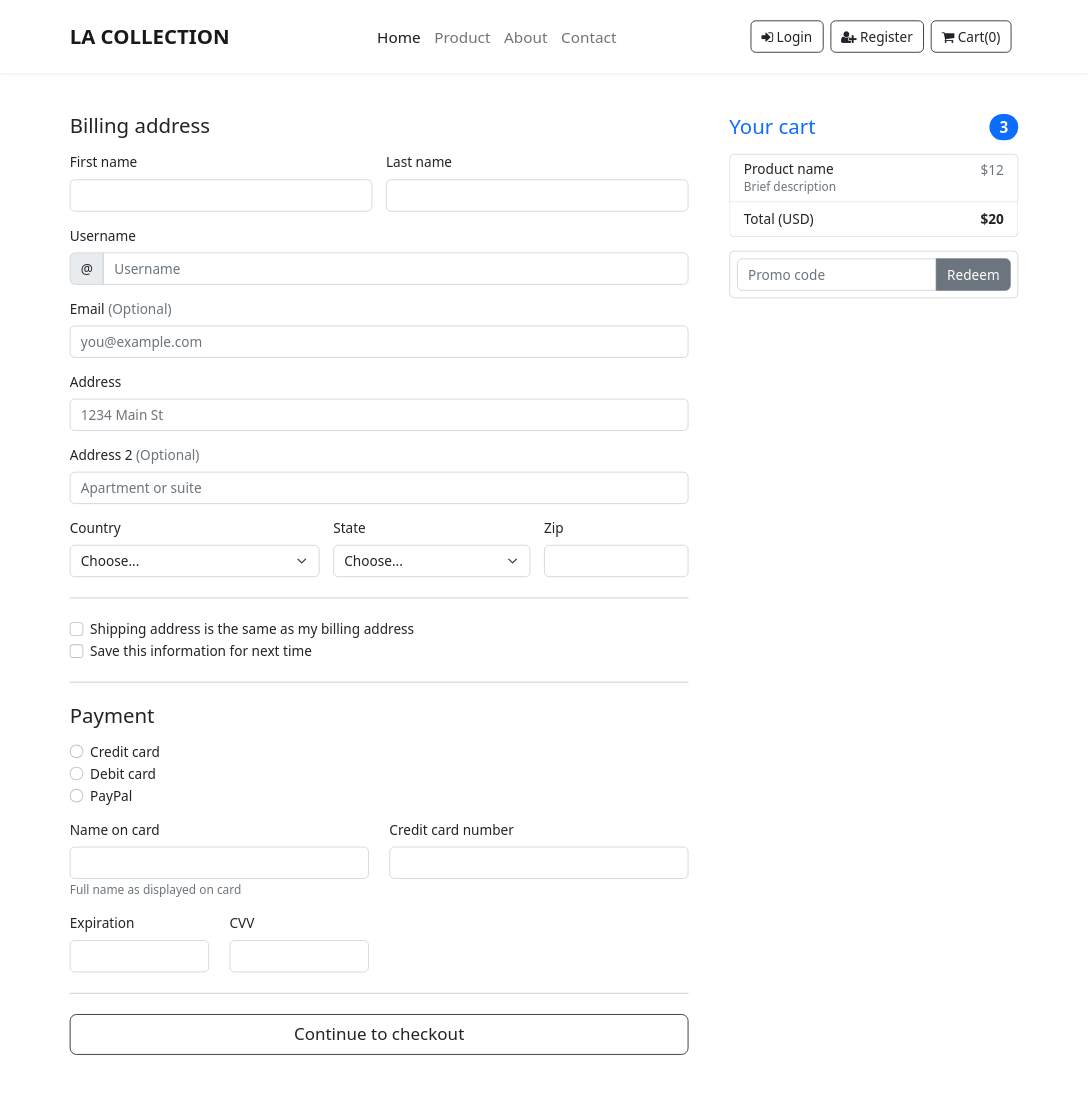
Repository: tiendungjr123/Ecommerce
Page: /checkout
An editor plug-in stored every save of this project. The page is shown before and after the next save, followed by the edit.
The browser window is 1280 px wide. The pictures show the whole page, at 85% of full size.
The project was rebuilt for these pictures with package versions that can differ from the ones it lists, and the page was loaded fresh each time. Also part of the build but not shown: src/components/Products.jsx, src/components/Home.jsx, src/redux/action/index.js, src/components/ProductDetail.jsx, src/components/About.jsx, src/components/Contact.jsx, src/components/Cart.jsx.

Above is the page before, as saved 2022-10-04 12:10:48.

After the next save:
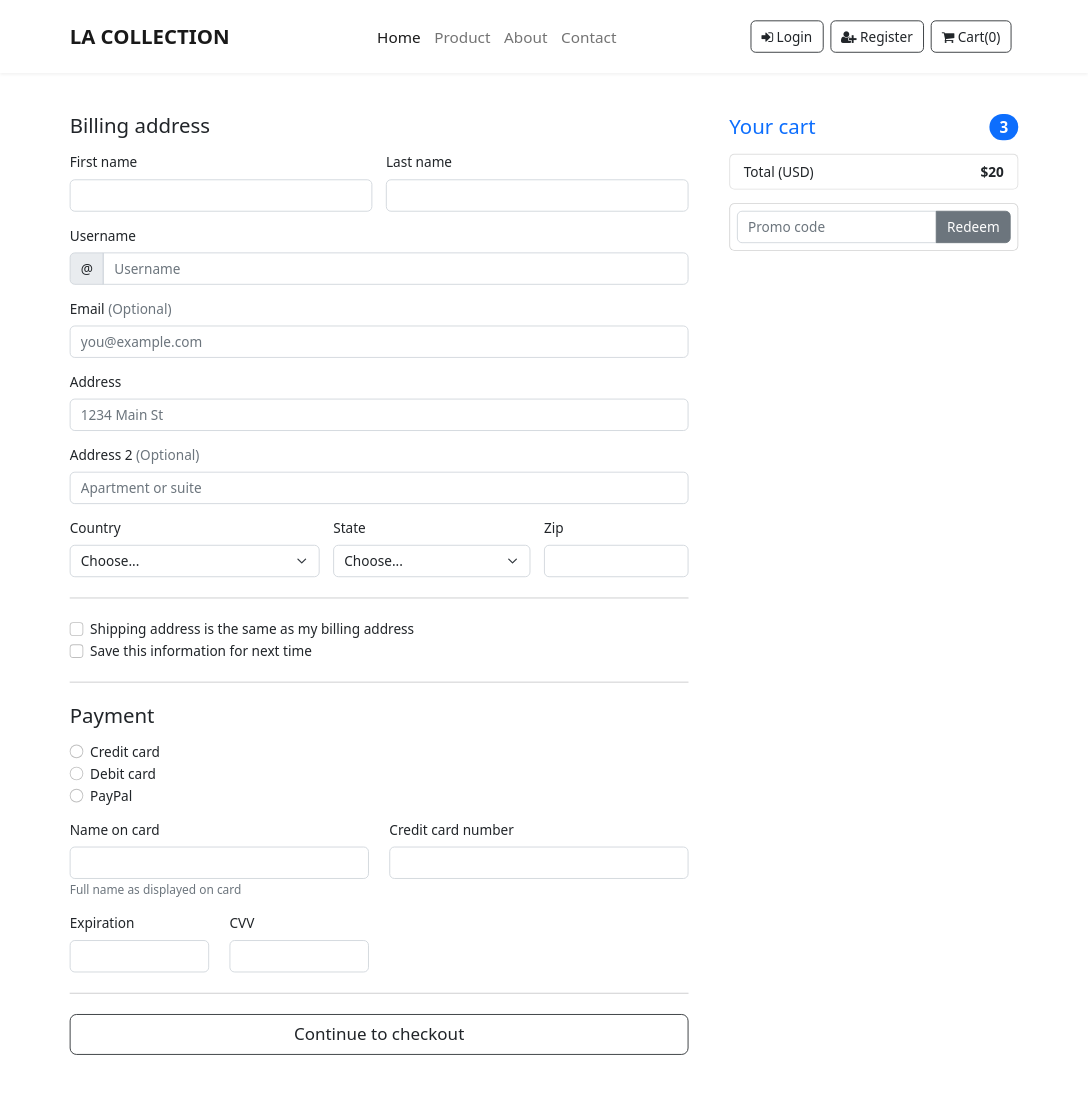
Saved 97 s later.
--- a/src/components/Checkout.jsx
+++ b/src/components/Checkout.jsx
@@ -10,13 +10,7 @@ const Checkout = () => {
                   <span className="badge bg-primary rounded-pill">3</span>
                </h4>
                <ul className="list-group mb-3">
-                  <li className="list-group-item d-flex justify-content-between lh-sm">
-                     <div>
-                        <h6 className="my-0">Product name</h6>
-                        <small className="text-muted">Brief description</small>
-                     </div>
-                     <span className="text-muted">$12</span>
-                  </li>
+
                   <li className="list-group-item d-flex justify-content-between">
                      <span>Total (USD)</span>
                      <strong>$20</strong>
